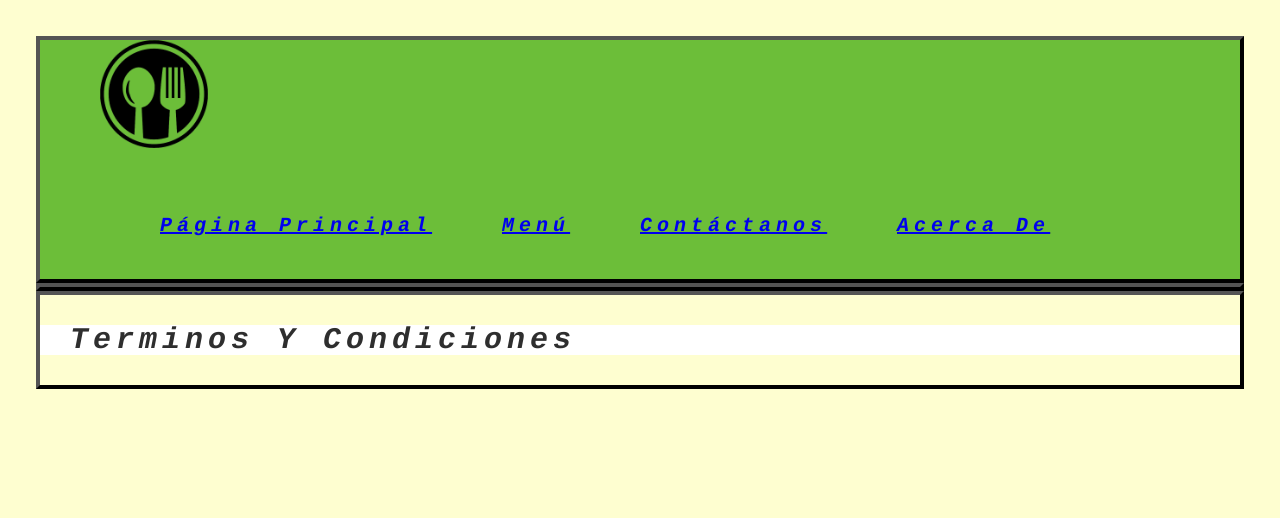
Repository: UVMCoyoacan/eq06_sitio1
Page: Carpeta docs/contactos.html
These files come from the project's save history. The page is drawn as it stood at one moment and after the next save; the edit follows.
The browser window is 1280 px wide. The pictures show the whole page.

Above is the page before, as saved 2024-04-13 22:08:46.

After the next save:
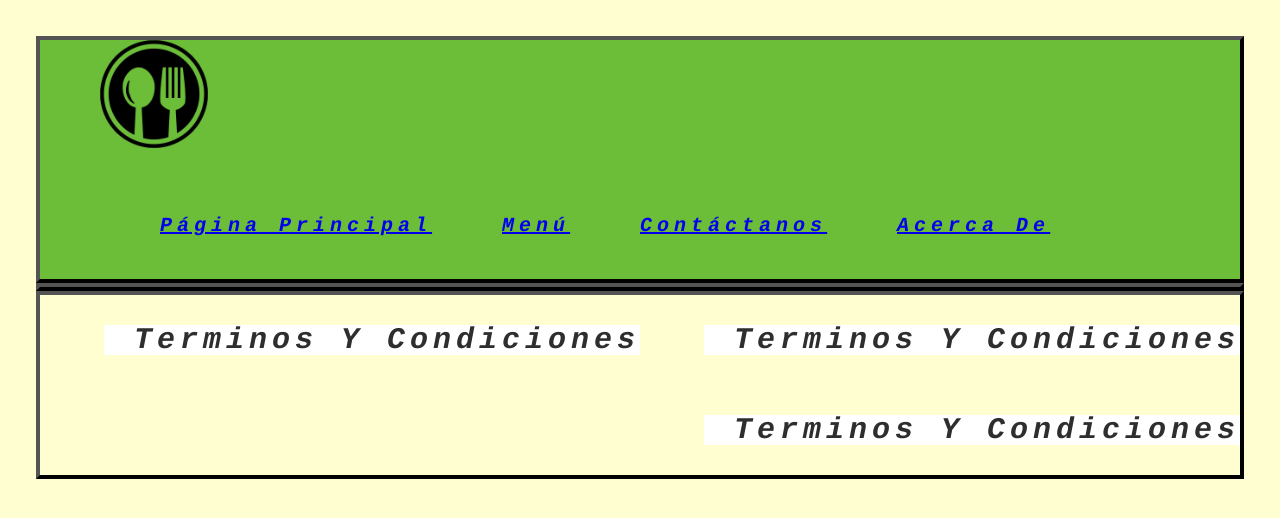
Saved 86 s later.
--- a/Carpeta docs/contactos.html
+++ b/Carpeta docs/contactos.html
@@ -27,7 +27,12 @@
         border-color: #000000;
         border-width: .4ch;">
             <footer >
-                <p>Terminos y condiciones</p>
+                <div style="display: flex;   flex-wrap: wrap;">
+                    <p>Terminos y condiciones</p>
+                    <p>Terminos y condiciones</p>
+                    <p>Terminos y condiciones</p>
+                </div>
+
             </footer>
         </div>
     </body>
